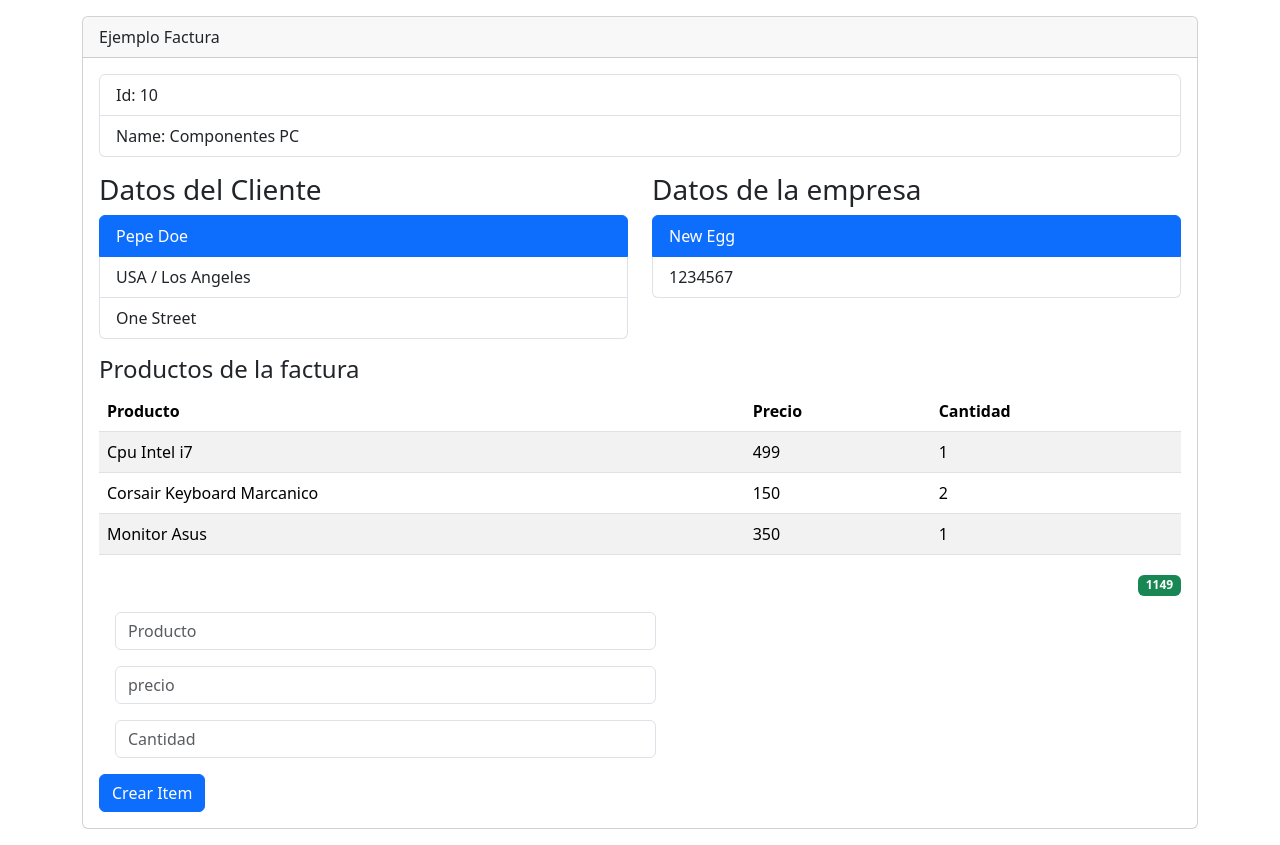
Repository: bryanesteban/4-invoice-app
Page: /
The author's editor kept a copy of each file at every save. The page is drawn from the files as they stood at one save, then again after the next save.
The browser window is 1280 px wide. The pictures show the whole page.
The project was rebuilt for these pictures with package versions that can differ from the ones it lists, and the page was loaded fresh each time. Also part of the build but not shown: vite.config.js.

Above is the page before, as saved 2023-11-13 18:48:53.

After the next save:
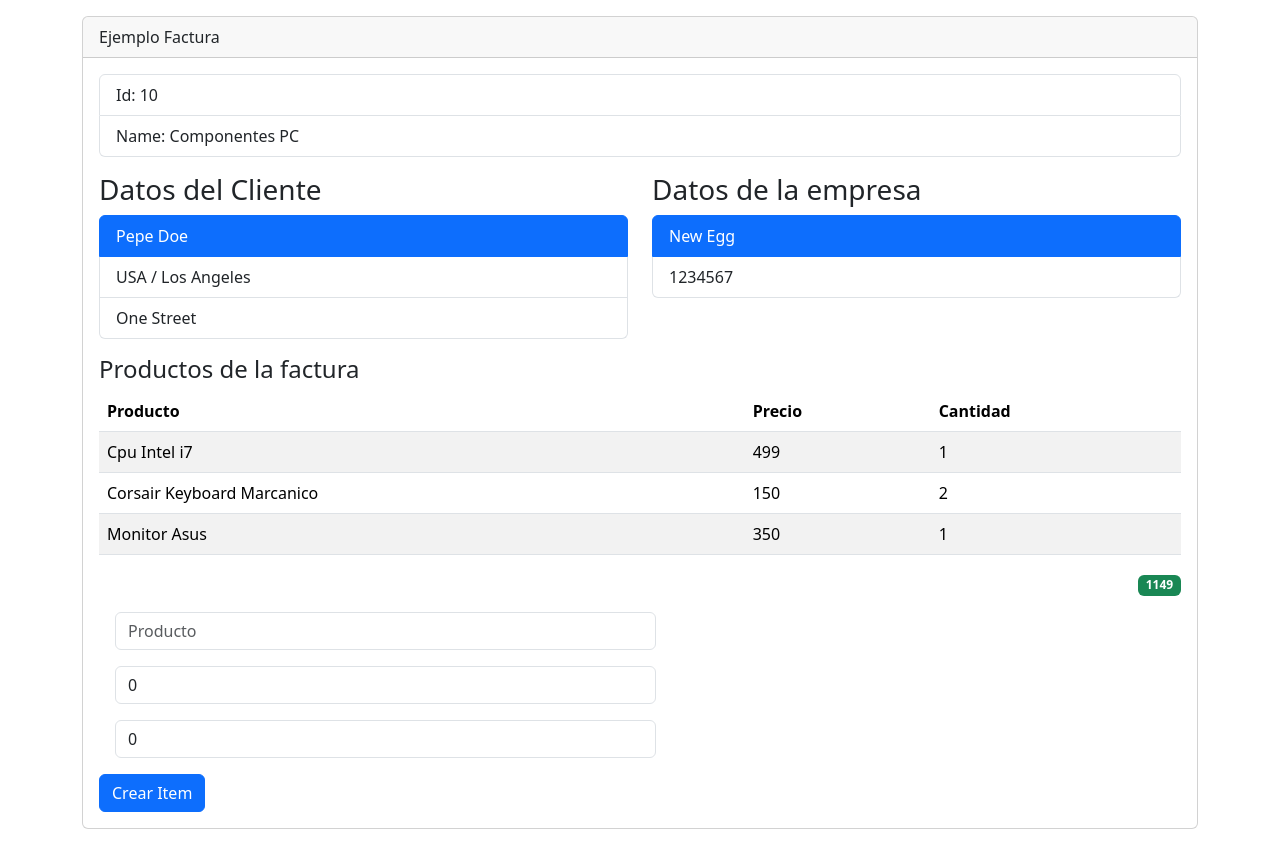
Saved 117 s later.
--- a/src/InvoiceApp.jsx
+++ b/src/InvoiceApp.jsx
@@ -54,6 +54,7 @@ export const InvoiceApp = () =>{
                     }}>
                         <input type="text"
                                name="product"
+                               value={ productValue}
                                placeholder="Producto" className="form-control m-3" onChange={event =>{
                                setProductValue(event.target.value)
                                console.log(event.target.value)
@@ -61,6 +62,7 @@ export const InvoiceApp = () =>{
 
                         <input type="text"
                                name="price"
+                               value={priceValue}
                                placeholder="precio" className="form-control m-3" onChange={event =>{
                                 setPriceValue(event.target.value)
                                 console.log(event.target.value)
@@ -68,6 +70,7 @@ export const InvoiceApp = () =>{
 
                         <input type="text"
                                name="quantity"
+                               value={quantityValue}
                                placeholder="Cantidad" className="form-control m-3" onChange={event =>{
                                 setQuantityValue(event.target.value)
                                 console.log(event.target.value)

After the save that followed:
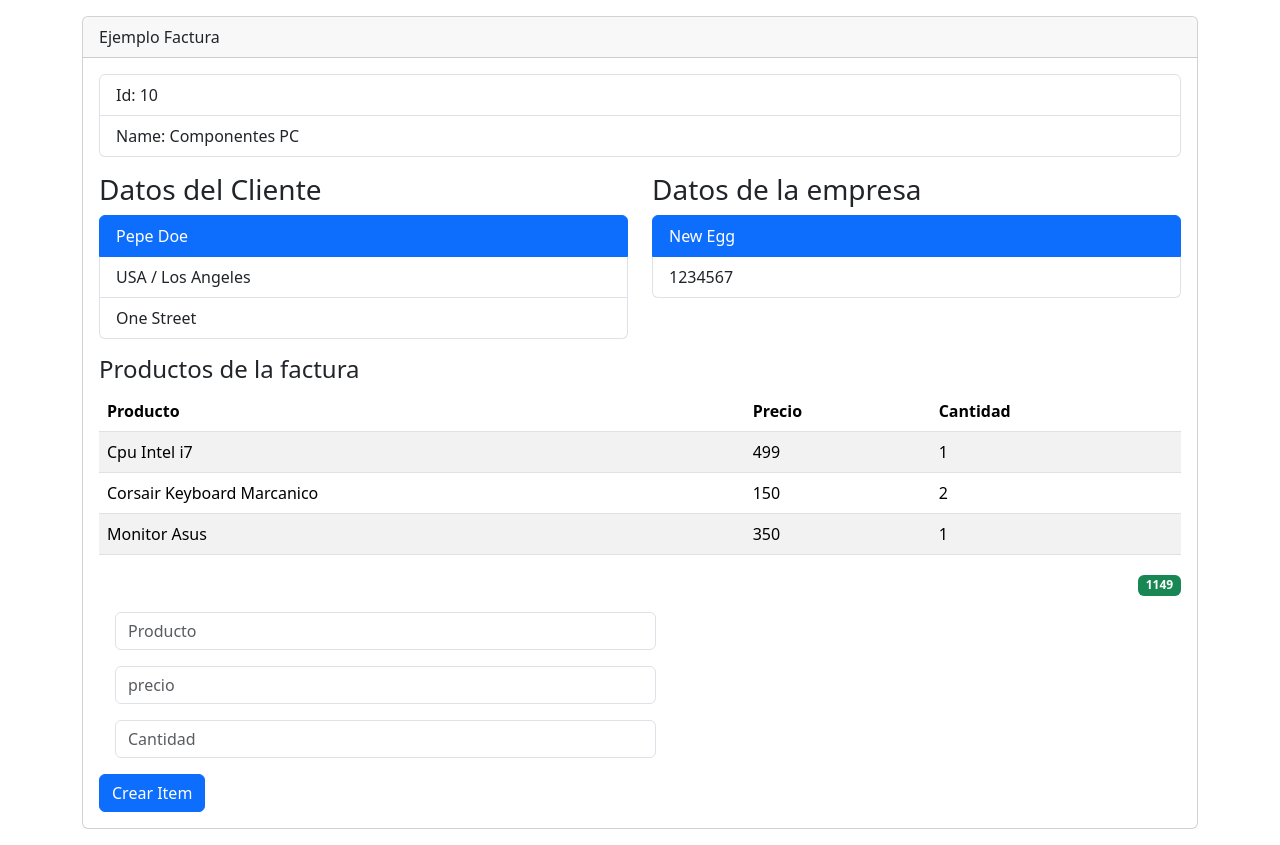
Saved 101 s later.
--- a/src/InvoiceApp.jsx
+++ b/src/InvoiceApp.jsx
@@ -12,8 +12,8 @@ export const InvoiceApp = () =>{
     const {id, name, client, company, items: itemsInitial, total} = getInvoice();
 
     const [productValue, setProductValue] = useState('');
-    const [priceValue, setPriceValue] = useState(0);
-    const [quantityValue, setQuantityValue] = useState(0);
+    const [priceValue, setPriceValue] = useState('');
+    const [quantityValue, setQuantityValue] = useState('');
     const [counter, setCounter] = useState(3);
 
     const [items, setItems] = useState(itemsInitial);
@@ -49,8 +49,8 @@ export const InvoiceApp = () =>{
                                               price: +priceValue,
                                               quantity: parseInt(quantityValue, 10)}]);
                         setProductValue('');
-                        setPriceValue(0);
-                        setQuantityValue(0);
+                        setPriceValue('');
+                        setQuantityValue('');
                     }}>
                         <input type="text"
                                name="product"
